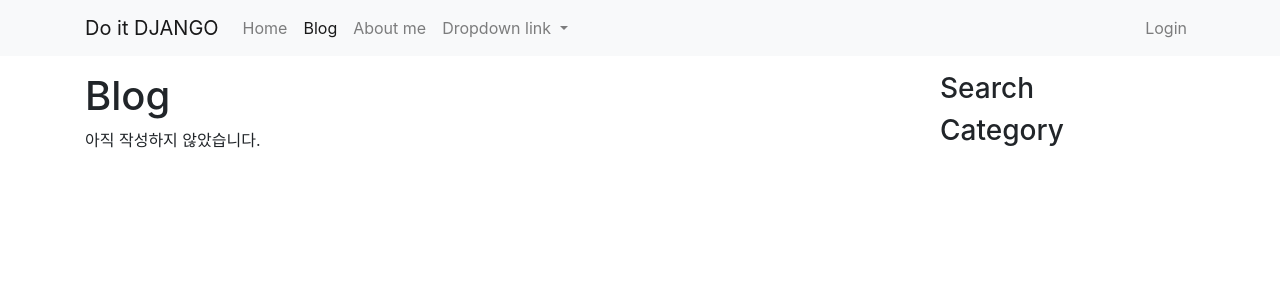
Repository: lwygold/do_it_ft
Page: blog_list.html
These files come from the project's save history. The page is drawn as it stood at one moment and after the next save; the edit follows.
The browser window is 1280 px wide. The pictures show the whole page.

Above is the page before, as saved 2021-08-11 21:15:43.

After the next save:
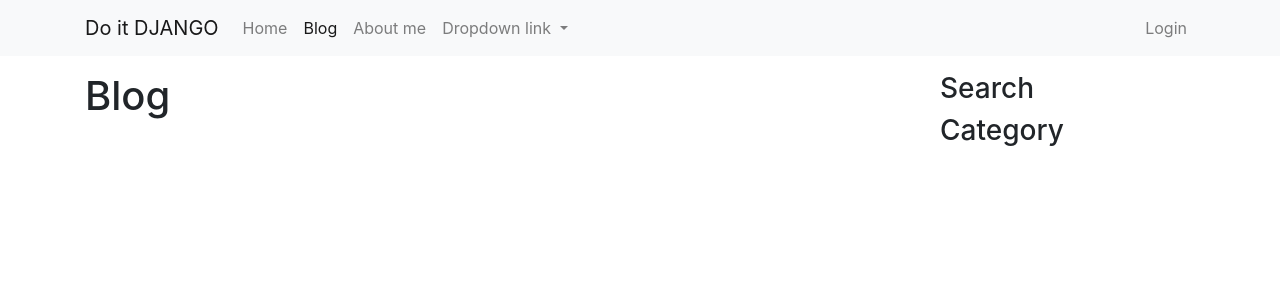
Saved 5 min 15 s later.
--- a/blog_list.html
+++ b/blog_list.html
@@ -56,7 +56,9 @@
         <div class="row my-3">
             <div class="col-md-8 col-lg-9">
                 <h1>Blog</h1>
-                <p>아직 작성하지 않았습니다.</p>
+
+
+
             </div>
             <div class="col-md-4 col-lg-3">
                 <h3>Search</h3>
